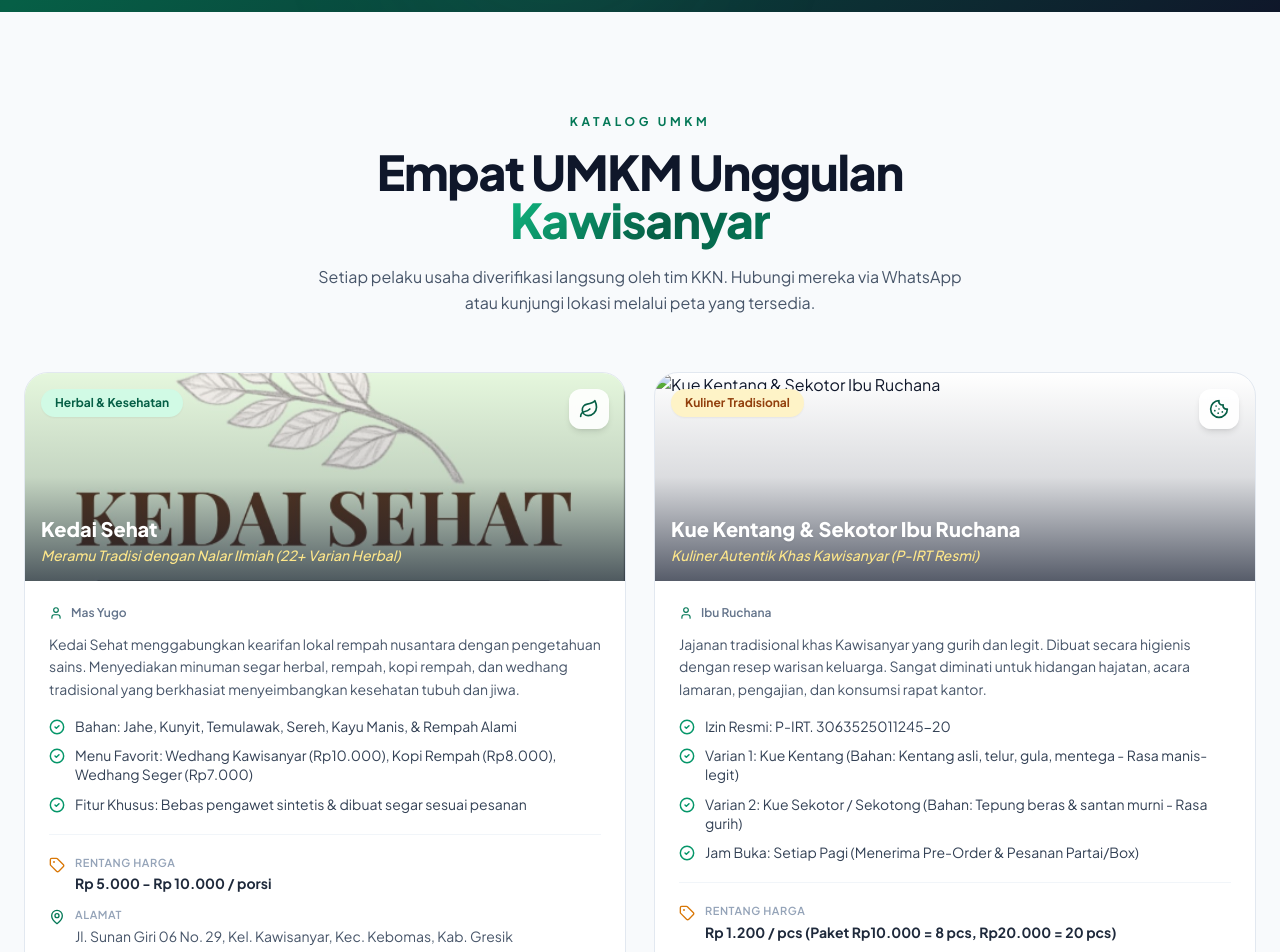
Repository: Anggaaa2006/Kawisan-Digital-
Page: /
The author's editor kept a copy of each file at every save. The page is drawn from the files as they stood at one save, then again after the next save.
The browser window is 1280 px wide. The pictures show the part of the page from y = 960 to 1912 px (the page is 3971 px tall).
The project was rebuilt for these pictures with package versions that can differ from the ones it lists, and the page was loaded fresh each time. Also part of the build but not shown: vite.config.ts, src/components/UmkmDetail.tsx.

Above is the page before, as saved 2026-08-03 13:38:11.

### index.html
<!doctype html>
<html lang="en">
  <head>
    <meta charset="UTF-8" />
    <link rel="icon" type="image/svg+xml" href="/vite.svg" />
    <meta name="viewport" content="width=device-width, initial-scale=1.0" />
    <title>KAWISAN-DIGITAL — Portal UMKM Kelurahan Kawisanyar</title>
    <meta name="description" content="KAWISAN-DIGITAL: Etalase digital resmi BBK 8 Universitas Airlangga. Empat UMKM unggulan Kelurahan Kawisanyar — herbal, kuliner tradisional, wajan aluminium, dan manufaktur kayu presisi." />
    <meta property="og:image" content="https://bolt.new/static/og_default.png" />
    <meta name="twitter:card" content="summary_large_image" />
    <meta name="twitter:image" content="https://bolt.new/static/og_default.png" />
  </head>
  <body>
    <div id="root"></div>
    <script type="module" src="/src/main.tsx"></script>
  </body>
</html>

### src/App.tsx
import { useRouter } from '@/hooks/useRouter';
import Navbar from '@/components/Navbar';
import Hero from '@/components/Hero';
import Catalog from '@/components/Catalog';
import About from '@/components/About';
import Footer from '@/components/Footer';
import UmkmDetail from '@/components/UmkmDetail';

export default function App() {
  const route = useRouter();

  if (route.name === 'umkm') {
    return (
      <div className="min-h-screen bg-slate-50 text-slate-900">
        <Navbar />
        <main>
          <UmkmDetail id={route.id} />
        </main>
        <Footer />
      </div>
    );
  }

  return (
    <div className="min-h-screen bg-slate-50 text-slate-900">
      <Navbar />
      <main>
        <Hero />
        <Catalog />
        <About />
      </main>
      <Footer />
    </div>
  );
}

### src/index.css
@import url('https://fonts.googleapis.com/css2?family=Plus+Jakarta+Sans:wght@300;400;500;600;700;800&display=swap');

@tailwind base;
@tailwind components;
@tailwind utilities;

:root {
  --emerald: #065f46;
  --emerald-light: #10b981;
  --amber: #d97706;
  --charcoal: #0f172a;
}

* {
  -webkit-font-smoothing: antialiased;
  -moz-osx-font-smoothing: grayscale;
}

html {
  scroll-behavior: smooth;
}

body {
  font-family: 'Plus Jakarta Sans', system-ui, sans-serif;
  background-color: #f8fafc;
  color: #0f172a;
}

::selection {
  background-color: rgba(6, 95, 70, 0.2);
  color: #065f46;
}

::-webkit-scrollbar { width: 10px; }
::-webkit-scrollbar-track { background: #f1f5f9; }
::-webkit-scrollbar-thumb { background: linear-gradient(#10b981, #065f46); border-radius: 8px; }

@layer components {
  .reveal {
    opacity: 0;
    transform: translateY(36px);
    transition: opacity 0.9s cubic-bezier(0.22,1,0.36,1), transform 0.9s cubic-bezier(0.22,1,0.36,1);
  }
  .reveal.is-visible { opacity: 1; transform: translateY(0); }
  .reveal-delay-1 { transition-delay: 0.1s; }
  .reveal-delay-2 { transition-delay: 0.2s; }
  .reveal-delay-3 { transition-delay: 0.3s; }
  .reveal-delay-4 { transition-delay: 0.4s; }

  .emerald-text {
    background: linear-gradient(135deg, #10b981 0%, #065f46 60%, #047857 100%);
    -webkit-background-clip: text;
    background-clip: text;
    -webkit-text-fill-color: transparent;
  }

  .card-lift {
    transition: transform 0.5s cubic-bezier(0.22,1,0.36,1), box-shadow 0.5s ease, border-color 0.4s ease;
  }
  .card-lift:hover {
    transform: translateY(-8px);
    box-shadow: 0 30px 60px -25px rgba(6, 95, 70, 0.35);
    border-color: rgba(16, 185, 129, 0.5);
  }

  .img-zoom { transition: transform 1.2s cubic-bezier(0.22,1,0.36,1); }
  .group:hover .img-zoom { transform: scale(1.08); }
}

@layer utilities {
  .text-balance { text-wrap: balance; }
}

### src/hooks/useRouter.ts
import { useEffect, useState } from 'react';

export type Route = { name: 'home' } | { name: 'umkm'; id: string };

function parseHash(): Route {
  const hash = window.location.hash;
  const match = hash.match(/^#\/umkm\/(.+)$/);
  if (match) return { name: 'umkm', id: decodeURIComponent(match[1]) };
  return { name: 'home' };
}

export function useRouter() {
  const [route, setRoute] = useState<Route>(parseHash());

  useEffect(() => {
    const onHashChange = () => {
      setRoute(parseHash());
      window.scrollTo({ top: 0, behavior: 'auto' });
    };
    window.addEventListener('hashchange', onHashChange);
    return () => window.removeEventListener('hashchange', onHashChange);
  }, []);

  return route;
}

export function umkmUrl(id: string): string {
  return `#/umkm/${id}`;
}

### src/components/About.tsx
import { useReveal } from '@/hooks/useReveal';
import { Target, Smartphone, Handshake, TrendingUp } from 'lucide-react';

const pillars = [
  {
    icon: Target,
    title: 'Identifikasi Potensi',
    text: 'Memetakan dan memverifikasi UMKM unggulan warga Kawisanyar secara langsung di lapangan.',
  },
  {
    icon: Smartphone,
    title: 'Digitalisasi Niaga',
    text: 'Membangun etalase digital agar produk lokal dapat dilihat dan dipesan dari mana saja.',
  },
  {
    icon: Handshake,
    title: 'Hubungan Langsung',
    text: 'Menghubungkan pembeli langsung ke pelaku usaha via WhatsApp—tanpa perantara.',
  },
  {
    icon: TrendingUp,
    title: 'Dampak Berkelanjutan',
    text: 'Mendorong pertumbuhan ekonomi desa dan melestarikan komoditas khas Kawisanyar.',
  },
];

export default function About() {
  const ref = useReveal<HTMLDivElement>();

  return (
    <section id="tentang" ref={ref} className="relative overflow-hidden bg-white py-24">
      <div className="pointer-events-none absolute -right-32 top-10 h-80 w-80 rounded-full bg-emerald-100/60 blur-3xl" />
      <div className="pointer-events-none absolute -left-32 bottom-10 h-80 w-80 rounded-full bg-amber-100/50 blur-3xl" />

      <div className="relative mx-auto max-w-7xl px-5 sm:px-6">
        <div className="grid gap-14 lg:grid-cols-2 lg:items-center">
          <div className="reveal">
            <span className="text-xs font-bold uppercase tracking-[0.3em] text-emerald-700">
              Tentang Program
            </span>
            <h2 className="mt-4 font-sans text-3xl font-extrabold tracking-tight text-slate-900 sm:text-4xl md:text-5xl">
              Dari Lapangan ke <span className="emerald-text">Layar</span>, <br className="hidden sm:block" />
              dari Warga ke Dunia
            </h2>
            <p className="mt-6 text-base leading-relaxed text-slate-600">
              KAWISAN-DIGITAL adalah inovasi niaga digital yang diinisiasi oleh Tim KKN
              Universitas Airlangga untuk Kelurahan Kawisanyar, Kecamatan Kebomas, Kabupaten
              Gresik. Program ini hadir sebagai wujud nyata pengabdian mahasiswa dalam
              memberdayakan ekonomi mikro masyarakat.
            </p>
            <p className="mt-4 text-base leading-relaxed text-slate-600">
              Kami memetakan UMKM potensial, memverifikasi kualitas dan legalitasnya, lalu
              membangun etalase digital yang menghubungkan pelaku usaha langsung dengan
              pembeli—tanpa perantara, tanpa biaya tersembunyi.
            </p>

            <div className="mt-8 flex flex-wrap gap-3">
              <span className="rounded-full bg-emerald-50 px-4 py-2 text-sm font-semibold text-emerald-800">
                Universitas Airlangga
              </span>
              <span className="rounded-full bg-amber-50 px-4 py-2 text-sm font-semibold text-amber-700">
                KKN 2026
              </span>
              <span className="rounded-full bg-slate-100 px-4 py-2 text-sm font-semibold text-slate-700">
                Kel. Kawisanyar
              </span>
            </div>
          </div>

          <div className="reveal reveal-delay-2 grid gap-5 sm:grid-cols-2">
            {pillars.map((p) => (
              <div
                key={p.title}
                className="group rounded-2xl border border-slate-200 bg-gradient-to-b from-slate-50 to-white p-6 card-lift"
              >
                <span className="flex h-12 w-12 items-center justify-center rounded-xl bg-emerald-800 text-white shadow-md shadow-emerald-800/20 transition-transform group-hover:scale-110">
                  <p.icon className="h-6 w-6" strokeWidth={1.8} />
                </span>
                <h3 className="mt-5 text-lg font-bold text-slate-900">{p.title}</h3>
                <p className="mt-2 text-sm leading-relaxed text-slate-600">{p.text}</p>
              </div>
            ))}
          </div>
        </div>
      </div>
    </section>
  );
}

### src/data/umkm.ts
export type Umkm = {
  id: string;
  nama: string;
  pemilik: string;
  kategori: string;
  badge_color: string;
  tagline: string;
  deskripsi: string;
  spesifikasi_produk: string[];
  rentang_harga: string;
  alamat_lengkap: string;
  wa_number: string;
  maps_url: string;
  image: string;
  icon: string;
  galeri: string[];
  menu_produk: { nama: string; harga: string; deskripsi: string }[];
  keunggulan: string[];
};

export const umkmList: Umkm[] = [
  {
    id: 'kedai-sehat',
    nama: 'Kedai Sehat',
    pemilik: 'Mas Yugo',
    kategori: 'Herbal & Kesehatan',
    badge_color: 'bg-emerald-100 text-emerald-800',
    tagline: 'Meramu Tradisi dengan Nalar Ilmiah (22+ Varian Herbal)',
    deskripsi:
      'Kedai Sehat menggabungkan kearifan lokal rempah nusantara dengan pengetahuan sains. Menyediakan minuman segar herbal, rempah, kopi rempah, dan wedhang tradisional yang berkhasiat menyeimbangkan kesehatan tubuh dan jiwa.',
    spesifikasi_produk: [
      'Bahan: Jahe, Kunyit, Temulawak, Sereh, Kayu Manis, & Rempah Alami',
      'Menu Favorit: Wedhang Kawisanyar (Rp10.000), Kopi Rempah (Rp8.000), Wedhang Seger (Rp7.000)',
      'Fitur Khusus: Bebas pengawet sintetis & dibuat segar sesuai pesanan',
    ],
    rentang_harga: 'Rp 5.000 - Rp 10.000 / porsi',
    alamat_lengkap: 'Jl. Sunan Giri 06 No. 29, Kel. Kawisanyar, Kec. Kebomas, Kab. Gresik',
    wa_number: '6287798842756',
    maps_url: 'https://maps.google.com/?q=Jl.+Sunan+Giri+06+No.+29+Kawisanyar',
    image: '/images/kedai sehat.png',
    icon: 'Leaf',
    galeri: [
      'https://images.pexels.com/photos/36962714/pexels-photo-36962714.jpeg?auto=compress&cs=tinysrgb&w=900',
      'https://images.pexels.com/photos/6962415/pexels-photo-6962415.jpeg?auto=compress&cs=tinysrgb&w=900',
      'https://images.pexels.com/photos/30431322/pexels-photo-30431322.jpeg?auto=compress&cs=tinysrgb&w=900',
      'https://images.pexels.com/photos/6962419/pexels-photo-6962419.jpeg?auto=compress&cs=tinysrgb&w=900',
    ],
    menu_produk: [
      { nama: 'Wedhang Kawisanyar', harga: 'Rp 10.000', deskripsi: 'Minuman rempah khas with jahe, temulawak, dan sereh' },
      { nama: 'Kopi Rempah', harga: 'Rp 8.000', deskripsi: 'Kopi dengan campuran rempah pilihan untuk stamina' },
      { nama: 'Wedhang Seger', harga: 'Rp 7.000', deskripsi: 'Minuman segar penyeimbang tubuh' },
      { nama: 'Jamu Kunyit Asem', harga: 'Rp 6.000', deskripsi: 'Jamu tradisional untuk melancarkan pencernaan' },
    ],
    keunggulan: [
      '22+ varian minuman herbal yang dibuat segar',
      'Bahan rempah alami langsung dari petani lokal',
      'Bebas pengawet sintetis',
      'Resep warisan dengan pendekatan ilmiah',
    ],
  },
  {
    id: 'kue-ruchana',
    nama: 'Kue Kentang & Sekotor Ibu Ruchana',
    pemilik: 'Ibu Ruchana',
    kategori: 'Kuliner Tradisional',
    badge_color: 'bg-amber-100 text-amber-800',
    tagline: 'Kuliner Autentik Khas Kawisanyar (P-IRT Resmi)',
    deskripsi:
      'Jajanan tradisional khas Kawisanyar yang gurih dan legit. Dibuat secara higienis dengan resep warisan keluarga. Sangat diminati untuk hidangan hajatan, acara lamaran, pengajian, dan konsumsi rapat kantor.',
    spesifikasi_produk: [
      'Izin Resmi: P-IRT. 3063525011245-20',
      'Varian 1: Kue Kentang (Bahan: Kentang asli, telur, gula, mentega - Rasa manis-legit)',
      'Varian 2: Kue Sekotor / Sekotong (Bahan: Tepung beras & santan murni - Rasa gurih)',
      'Jam Buka: Setiap Pagi (Menerima Pre-Order & Pesanan Partai/Box)',
    ],
    rentang_harga: 'Rp 1.200 / pcs (Paket Rp10.000 = 8 pcs, Rp20.000 = 20 pcs)',
    alamat_lengkap: 'Jl. Sunan Giri VI No. 45, Kel. Kawisanyar, Kec. Kebomas, Kab. Gresik',
    wa_number: '6282139094119',
    maps_url: 'https://maps.google.com/?q=Jl.+Sunan+Giri+VI+No.+45+Kawisanyar',
    image: '',
    icon: 'Cookie',
    galeri: [
      'https://images.pexels.com/photos/37107008/pexels-photo-37107008.jpeg?auto=compress&cs=tinysrgb&w=900',
      'https://images.pexels.com/photos/37107040/pexels-photo-37107040.jpeg?auto=compress&cs=tinysrgb&w=900',
      'https://images.pexels.com/photos/37145324/pexels-photo-37145324.jpeg?auto=compress&cs=tinysrgb&w=900',
      'https://images.pexels.com/photos/7429685/pexels-photo-7429685.jpeg?auto=compress&cs=tinysrgb&w=900',
    ],
    menu_produk: [
      { nama: 'Kue Kentang', harga: 'Rp 1.200 / pcs', deskripsi: 'Kentang asli, telur, gula, mentega - manis-legit' },
      { nama: 'Kue Sekotor', harga: 'Rp 1.200 / pcs', deskripsi: 'Tepung beras & santan murni - gurih' },
      { nama: 'Paket Hemat 8 pcs', harga: 'Rp 10.000', deskripsi: 'Campuran kue khas Kawisanyar' },
      { nama: 'Paket Partai 20 pcs', harga: 'Rp 20.000', deskripsi: 'Untuk acara & hajatan' },
    ],
    keunggulan: [
      'Bersertifikat P-IRT resmi (higienis terjamin)',
      'Resep warisan keluarga turun-temurun',
      'Menerima pre-order & pesanan box partai',
      'Bahan kentang asli tanpa pengganti',
    ],
  },
  {
    id: 'wajan-gapura-mas',
    nama: "Wajan Aluminium 'Gapura Mas'",
    pemilik: 'Pengrajin Wajan RW 01',
    kategori: 'Peralatan Dapur & Manufaktur',
    badge_color: 'bg-blue-100 text-blue-800',
    tagline: 'Wajan Cor Aluminium Daur Ulang Tebal & Tahan Lama',
    deskripsi:
      "Produsen wajan cor aluminium super tebal dan tahan lama. Diproduksi dari leburan aluminium pilihan berkualitas. Jauh lebih kokoh dibanding wajan impor/teflon tipis.",
    spesifikasi_produk: [
      'Bahan Baku: Aluminium Cor Daur Ulang Pilihan (Tebal & Tidak Mudah Bocor)',
      'Ukuran Tersedia: 10 Inci (~25cm) hingga 30 Inci (~80cm Jumbo Hajatan)',
      'Varian Harga: 10 Inci (Rp16.000), 12-16 Inci (Rp25.000 - Rp50.000), 30 Inci Jumbo (Rp80.000+)',
      'Sistem Penjualan: Eceran, Grosir, & Suplai Distributor Luar Daerah',
    ],
    rentang_harga: 'Rp 16.000 - Rp 80.000+ / unit',
    alamat_lengkap: 'RW 01, Kelurahan Kawisanyar, Kebomas, Gresik',
    wa_number: '6281234567890',
    maps_url: 'https://maps.google.com/?q=Kawisanyar+Kebomas+Gresik',
    image: 'https://images.pexels.com/photos/18340384/pexels-photo-18340384.jpeg?auto=compress&cs=tinysrgb&w=1200',
    icon: 'CookingPot',
    galeri: [
      'https://images.pexels.com/photos/18340384/pexels-photo-18340384.jpeg?auto=compress&cs=tinysrgb&w=900',
      'https://images.pexels.com/photos/175754/pexels-photo-175754.jpeg?auto=compress&cs=tinysrgb&w=900',
      'https://images.pexels.com/photos/31521713/pexels-photo-31521713.jpeg?auto=compress&cs=tinysrgb&w=900',
      'https://images.pexels.com/photos/10936545/pexels-photo-10936545.jpeg?auto=compress&cs=tinysrgb&w=900',
    ],
    menu_produk: [
      { nama: 'Wajan 10 Inci', harga: 'Rp 16.000', deskripsi: 'Diameter ~25cm, cocok untuk rumah tangga' },
      { nama: 'Wajan 12-16 Inci', harga: 'Rp 25.000 - Rp 50.000', deskripsi: 'Ukuran sedang untuk dapur skala menengah' },
      { nama: 'Wajan 30 Inci Jumbo', harga: 'Rp 80.000+', deskripsi: 'Diameter ~80cm, khusus hajatan & catering' },
    ],
    keunggulan: [
      'Aluminium cor super tebal, tidak mudah bocor',
      'Tahan lama, jauh lebih kokoh dari wajan impor',
      'Tersedia ukuran 10 hingga 30 inci',
      'Melayani eceran, grosir, & distributor luar daerah',
    ],
  },
  {
    id: 'cv-nurul-hudi',
    nama: 'CV. NURUL HUDI (Rotary / Triplek Lengkung)',
    pemilik: 'CV. Nurul Hudi',
    kategori: 'Industri & Manufaktur B2B',
    badge_color: 'bg-slate-100 text-slate-800',
    tagline: 'Triplek Lengkung Matras Pisau Cetakan Kardus Pabrik',
    deskripsi:
      'Spesialis manufaktur triplek lengkung presisi berlapis (Die-Cut Mold) untuk matras pisau pemotong kardus kemasan industri (kardus kulkas, mi instan, kardus TV). Berbadan hukum resmi CV.',
    spesifikasi_produk: [
      'Legalitas Usaha: Terdaftar Resmi CV (Memenuhi Syarat Vendor Pabrik)',
      'Dimensi Standar: Tinggi 2400 mm (Panjang 2,4 Meter)',
      'Pilihan Type/Ukuran: D-320 (Rp1.150.000), D-360 (Rp1.200.000), D-487 (Rp2.000.000)',
      'Pengiriman: Sistem Paket 10 pcs / Partai Besar ke Pabrik Kertas & Kardus',
    ],
    rentang_harga: 'Rp 1.150.000 - Rp 2.000.000 / pcs',
    alamat_lengkap: 'Kelurahan Kawisanyar, Kebomas, Kabupaten Gresik',
    wa_number: '6281234567891',
    maps_url: 'https://maps.google.com/?q=Kawisanyar+Kebomas+Gresik',
    image: 'https://images.pexels.com/photos/10316634/pexels-photo-10316634.jpeg?auto=compress&cs=tinysrgb&w=1200',
    icon: 'Factory',
    galeri: [
      'https://images.pexels.com/photos/10316634/pexels-photo-10316634.jpeg?auto=compress&cs=tinysrgb&w=900',
      'https://images.pexels.com/photos/12278567/pexels-photo-12278567.jpeg?auto=compress&cs=tinysrgb&w=900',
      'https://images.pexels.com/photos/12278592/pexels-photo-12278592.jpeg?auto=compress&cs=tinysrgb&w=900',
      'https://images.pexels.com/photos/10039994/pexels-photo-10039994.jpeg?auto=compress&cs=tinysrgb&w=900',
    ],
    menu_produk: [
      { nama: 'Type D-320', harga: 'Rp 1.150.000', deskripsi: 'Triplek lengkung presisi, tinggi 2400 mm' },
      { nama: 'Type D-360', harga: 'Rp 1.200.000', deskripsi: 'Triplek lengkung presisi, tinggi 2400 mm' },
      { nama: 'Type D-487', harga: 'Rp 2.000.000', deskripsi: 'Tipe premium untuk matras pisau kardus industri' },
    ],
    keunggulan: [
      'Berbadan hukum resmi CV (memenuhi syarat vendor pabrik)',
      'Presisi Die-Cut Mold untuk kardus kulkas, mi instan, TV',
      'Pengiriman sistem partai besar 10 pcs',
      'Dimensi standar 2400 mm untuk industri kertas & kardus',
    ],
  },
];

export function getUmkmById(id: string): Umkm | undefined {
  return umkmList.find((u) => u.id === id);
}

### src/hooks/useReveal.ts
import { useEffect, useRef } from 'react';

export function useReveal<T extends HTMLElement = HTMLDivElement>() {
  const ref = useRef<T>(null);

  useEffect(() => {
    const el = ref.current;
    if (!el) return;
    const observer = new IntersectionObserver(
      (entries) => {
        entries.forEach((entry) => {
          if (entry.isIntersecting) {
            entry.target.classList.add('is-visible');
            observer.unobserve(entry.target);
          }
        });
      },
      { threshold: 0.12, rootMargin: '0px 0px -50px 0px' },
    );
    el.querySelectorAll('.reveal').forEach((node) => observer.observe(node));
    return () => observer.disconnect();
  }, []);

  return ref;
}

Loaded but not shown: src/main.tsx (common file); tailwind.config.js (36 lines, source omitted); src/components/Catalog.tsx (163 lines, source omitted); src/components/Hero.tsx (149 lines, source omitted); src/components/Footer.tsx (92 lines, source omitted); src/components/Navbar.tsx (109 lines, source omitted)

After the next save:
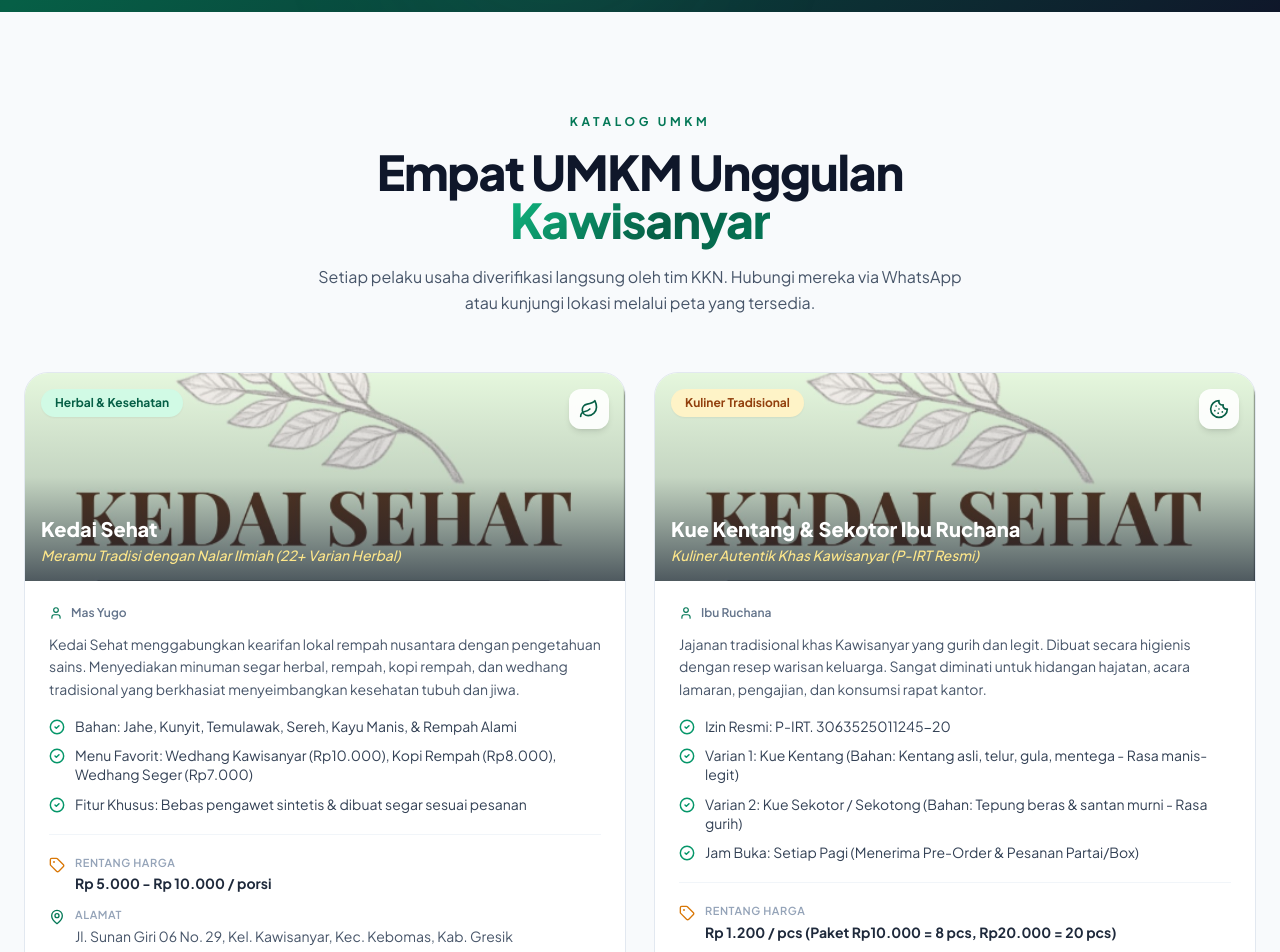
Saved 15 s later.
--- a/src/data/umkm.ts
+++ b/src/data/umkm.ts
@@ -77,7 +77,7 @@ export const umkmList: Umkm[] = [
     alamat_lengkap: 'Jl. Sunan Giri VI No. 45, Kel. Kawisanyar, Kec. Kebomas, Kab. Gresik',
     wa_number: '6282139094119',
     maps_url: 'https://maps.google.com/?q=Jl.+Sunan+Giri+VI+No.+45+Kawisanyar',
-    image: '',
+    image: '/images/kedai sehat.png',
     icon: 'Cookie',
     galeri: [
       'https://images.pexels.com/photos/37107008/pexels-photo-37107008.jpeg?auto=compress&cs=tinysrgb&w=900',
